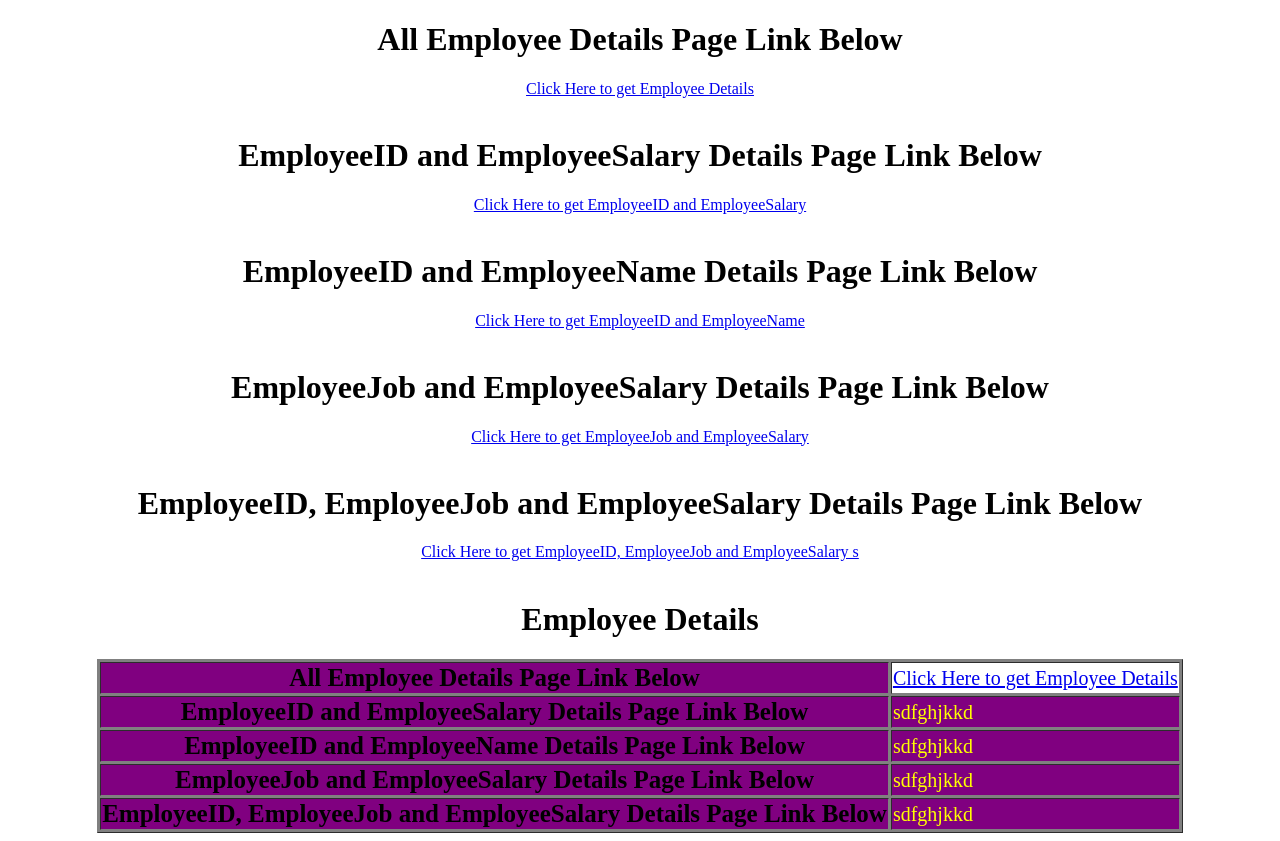
Repository: RhutujaBD/SpringMVCSession
Page: http://localhost/Spring-MVC-JDBCTemplate/WEB-INF/pages/home.jsp
An editor plug-in stored every save of this project. The page is shown before and after the next save, followed by the edit.
The browser window is 1280 px wide. The pictures show the whole page.
The page is served by Tomcat 9. Nobody is signed in. Other server files are loaded and not shown. The template is opened directly, without the code that normally fills it, so the values that code supplies are empty.

Above is the page before, as saved 2023-03-29 11:01:51.

### Spring-MVC-JDBCTemplate/src/main/webapp/WEB-INF/pages/home.jsp
<%@ page language="java" contentType="text/html; charset=ISO-8859-1"
	pageEncoding="ISO-8859-1"%>
<!DOCTYPE html>
<html>
<head>
<meta charset="ISO-8859-1">
<title>Insert title here</title>
</head>
<title>Employee Details</title>
<style>
      td{
        font-size: 20px;
        color: YELLOW;
        font-family: Times New Roman;
      }

      th{
        font-size: 25px;
        color: Black;
        font-family: ALGERIAN;
      }

    </style>
</head>
<body>
	<h1 align="center">All Employee Details Page Link Below</h1>
	<div align="center"><a href="list_employees.htm">Click Here to get Employee Details</a></div>
	<br />
	<h1 align="center">EmployeeID and EmployeeSalary Details Page Link Below</h1>
	<div align="center"><a href="list_id_sal.htm">Click Here to get EmployeeID and EmployeeSalary</a></div>
	<br />
	<h1 align="center">EmployeeID and  EmployeeName Details Page Link Below</h1>
	<div align="center"><a href="list_id_name.htm">Click Here to get EmployeeID and  EmployeeName</a></div>
	<br />
	<h1 align="center">EmployeeJob and EmployeeSalary Details Page Link Below</h1>
	<div align="center"><a href="list_job_sal.htm">Click Here to get EmployeeJob and EmployeeSalary</a></div>
	<br />
	<h1 align="center">EmployeeID, EmployeeJob and EmployeeSalary Details Page Link Below</h1>
	<div align="center"><a href="list_id_job_sal.htm">Click Here to get EmployeeID, EmployeeJob and EmployeeSalary s</a></div>
	<br />

	<h1 align="center">Employee Details</h1>
	<table border="1" bgcolor="grey" align="center">

		<tr bgcolor="purple" bordercolor="black">
			<th>All Employee Details Page Link Below</th>
			<td bgcolor="white"><a href="list_employees.htm">Click Here to get Employee Details</a></td>
		</tr>
		<tr bgcolor="purple" bordercolor="black">
			<th>EmployeeID and EmployeeSalary Details Page Link Below</th>
			<td>sdfghjkkd</td>
		</tr>
		<tr bgcolor="purple" bordercolor="black">
			<th>EmployeeID and  EmployeeName Details Page Link Below</th>
			<td>sdfghjkkd</td>
		</tr>
		<tr bgcolor="purple" bordercolor="black">
			<th>EmployeeJob and EmployeeSalary Details Page Link Below</th>
			<td>sdfghjkkd</td>
		</tr>
		<tr bgcolor="purple" bordercolor="black">
			<th>EmployeeID, EmployeeJob and EmployeeSalary Details Page Link Below</th>
			<td>sdfghjkkd</td>
		</tr>
	</table>

</body>
</html>

After the next save:
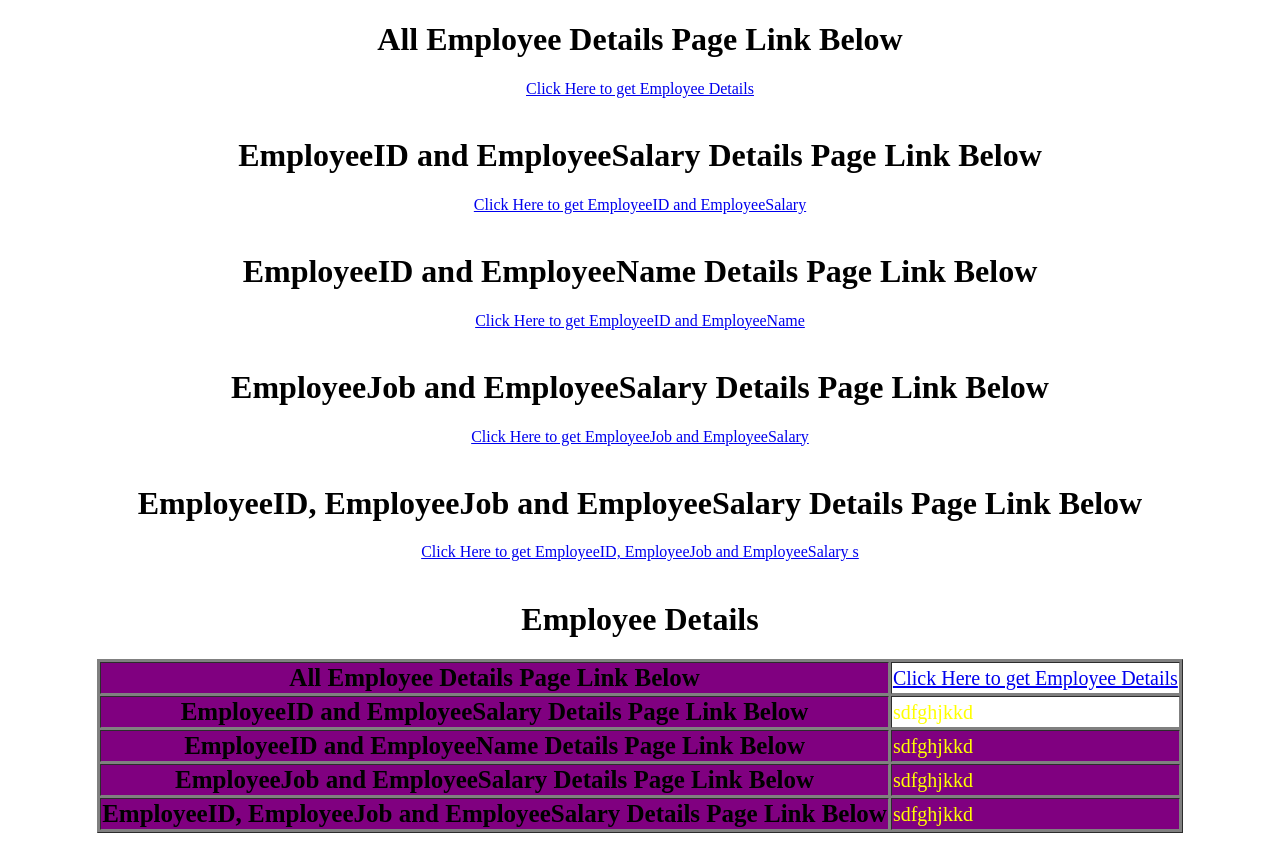
Saved 25 s later.
--- a/Spring-MVC-JDBCTemplate/src/main/webapp/WEB-INF/pages/home.jsp
+++ b/Spring-MVC-JDBCTemplate/src/main/webapp/WEB-INF/pages/home.jsp
@@ -48,7 +48,7 @@
 		</tr>
 		<tr bgcolor="purple" bordercolor="black">
 			<th>EmployeeID and EmployeeSalary Details Page Link Below</th>
-			<td>sdfghjkkd</td>
+			<td bgcolor="white">sdfghjkkd</td>
 		</tr>
 		<tr bgcolor="purple" bordercolor="black">
 			<th>EmployeeID and  EmployeeName Details Page Link Below</th>
